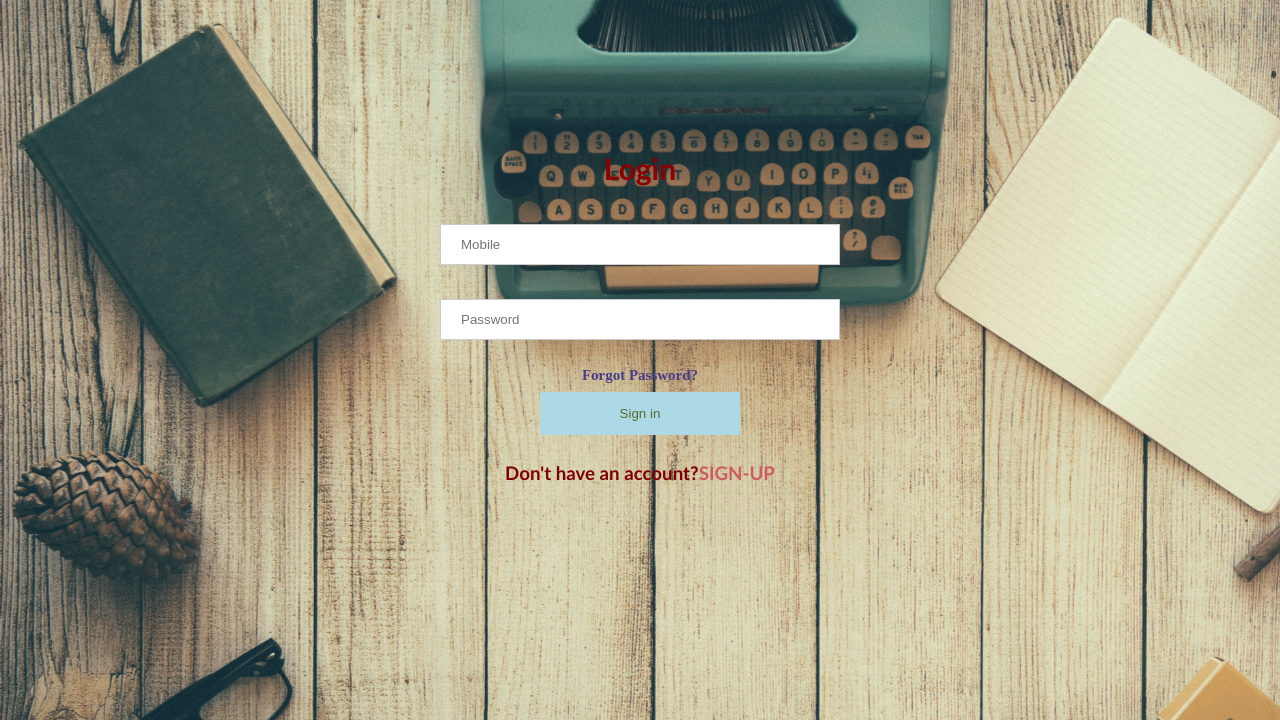
Repository: NAYAN9534/vehicle-booking-system
Page: http://localhost/minor/login1.jsp
An editor plug-in stored every save of this project. The page is shown before and after the next save, followed by the edit.
The browser window is 1280 px wide. The pictures show the whole page.
The page is served by Tomcat 9.

Above is the page before, as saved 2017-05-25 07:54:35.

### minor/WebContent/login1.jsp
<!doctype html>
<!DOCTYPE html>
<html>
<head>
	<title>Login</title>
	<link rel="icon"type="image" href="Logo.jpg"/>   <!--fav icon tag-->
</head>
<style type="text/css">

.signbtn
{
  padding: 14px 20px;
  background-color: lightblue;

}
button .signbtn: hover
{
	box-shadow: 10px 10px 5px #;
}
button
{

    color:  #556B2F;
    padding: 14px 20px;
    margin: 8px 0;
    border: none;
    cursor: pointer;
    width:200px;
    transition-duration: 0.4s;
}
input[type=text], input[type=text]
{
    width: 400px;
    padding: 12px 20px;
    margin: 8px 0;
    display: inline-block;
    border: 1px solid #ccc;
    box-sizing: border-box;
}
#login p
{
font-family: calibri;
font-size: 30px;
color:  #8B0000;
}
body {
    background-image: url("68516858-notepad-wallpapers.jpeg");
    background-size: 1366px auto;
}
#login
{
    margin-top: 150px;
}

#login a
{
    text-decoration: none;
    color:      #CD5C5C;
}
#login .forgot
{
    color:  #483D8B;
    font-size: 15px;
}
</style>
<body>


<div id="login">
<center>
<p><b>Login</b></p>

<form action ="conn.jsp" method="post">
	<input type="text" name="mobile" id="txt_name" placeholder="Mobile"/><br><br>
	<input type="text" name="password" id="txt_Password" placeholder="Password"/><br><br>

    <a class="forgot" href=""><b>Forgot Password?</b></a><br>


	<button type="button" onclick="document.getElementById('id01').style.display='none'" class="signbtn">Sign in</button>

</form>

<h3 style="color:maroon; font-family:calibri;">Don't have an account?<a href="signup.html"><span>SIGN-UP</span></a</h3>
</center>

</div>







</body>
</html>

After the next save:
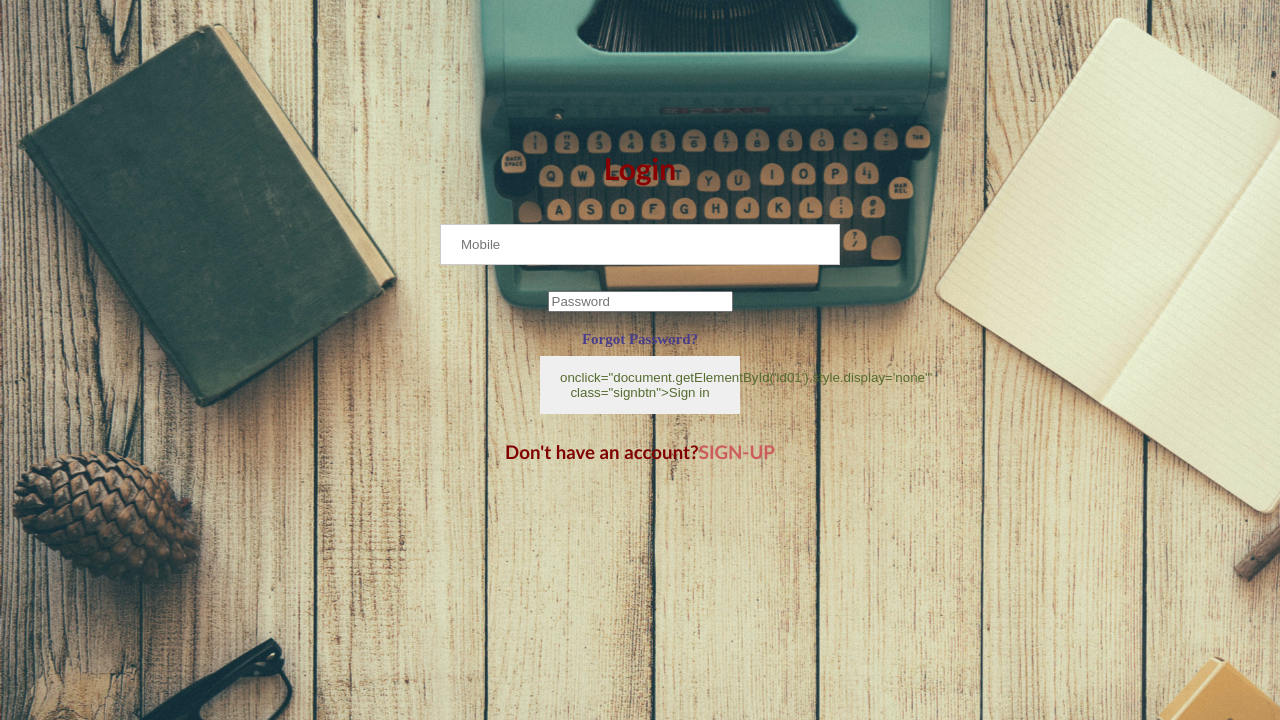
Saved 108 s later.
--- a/minor/WebContent/login1.jsp
+++ b/minor/WebContent/login1.jsp
@@ -72,12 +72,12 @@ body {
 
 <form action ="conn.jsp" method="post">
 	<input type="text" name="mobile" id="txt_name" placeholder="Mobile"/><br><br>
-	<input type="text" name="password" id="txt_Password" placeholder="Password"/><br><br>
+	<input type="password" name="password" id="txt_Password" placeholder="Password"/><br><br>
 
     <a class="forgot" href=""><b>Forgot Password?</b></a><br>
 
 
-	<button type="button" onclick="document.getElementById('id01').style.display='none'" class="signbtn">Sign in</button>
+	<button type="button"> onclick="document.getElementById('id01').style.display='none'" class="signbtn">Sign in</button>
 
 </form>
 
